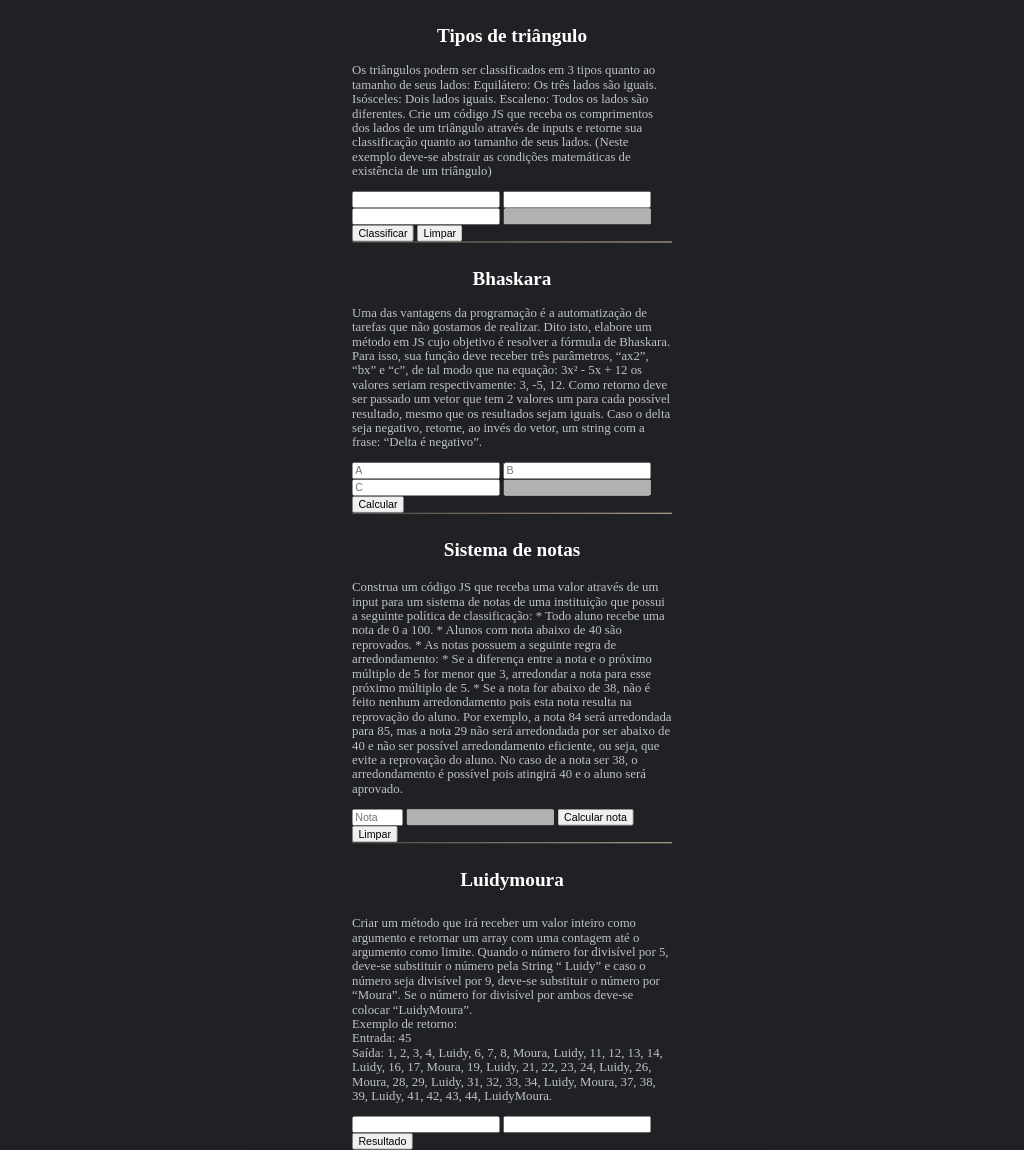
Repository: viviij/Fun-es-Simples-JavaScript
Page: index.html
The author's editor kept a copy of each file at every save. The page is drawn from the files as they stood at one save, then again after the next save.
The browser window is 1280 px wide. The pictures show the whole page, at 80% of full size.

Above is the page before, as saved 2022-08-26 18:59:03.

After the next save:
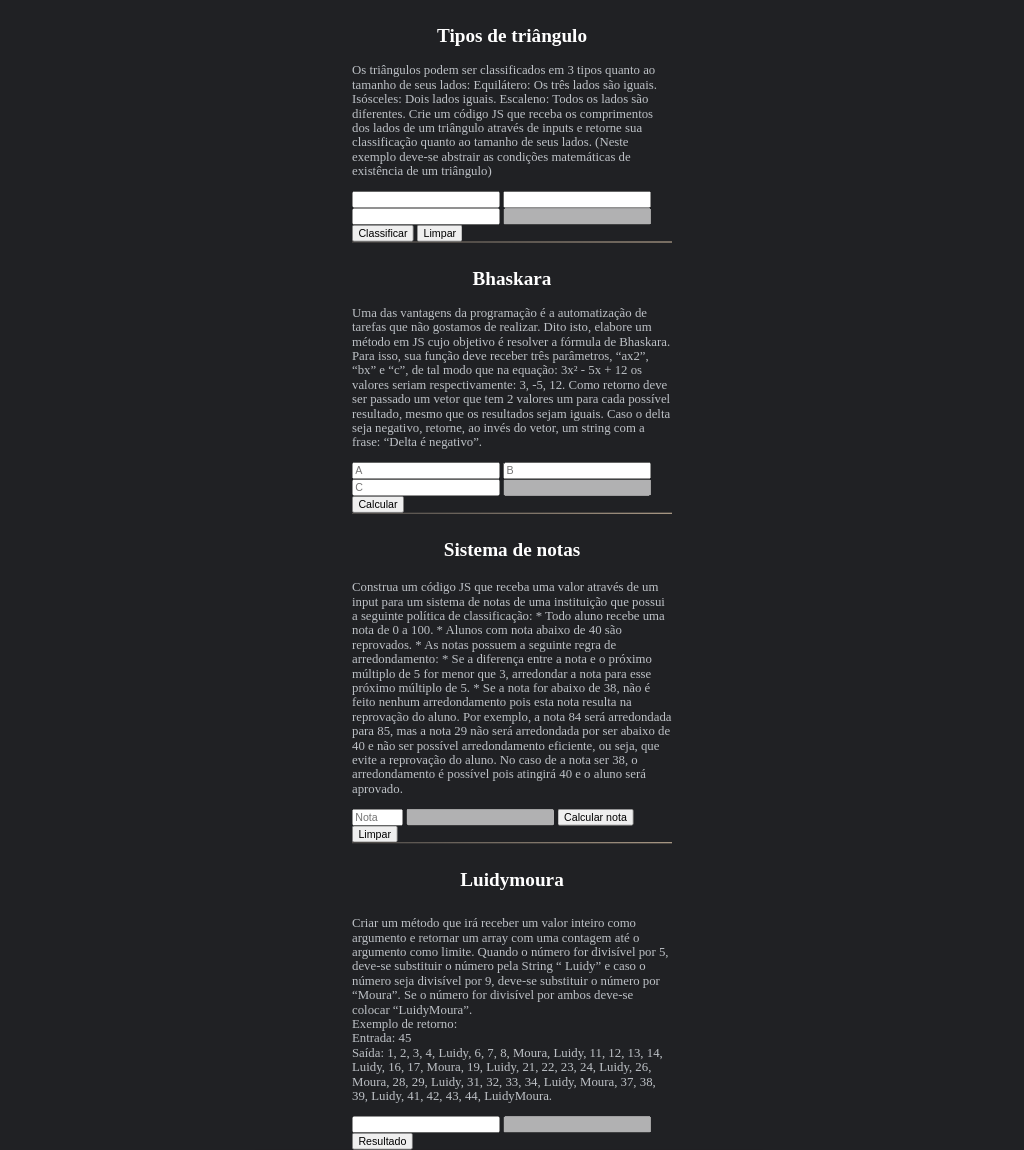
Saved 20 s later.
--- a/index.html
+++ b/index.html
@@ -106,7 +106,7 @@
         </header>
         <div class="main">
           <input type="number" name="valorLuidyMoura" id="valorLuidyMoura">
-          <input type="text" name="resultadoLuidyMoura" id="resultadoLuidyMoura">
+          <input type="text" name="resultadoLuidyMoura" id="resultadoLuidyMoura" disabled>
           <button id="calculoLuidyMoura">Resultado</button>
         </div>
       </section>
